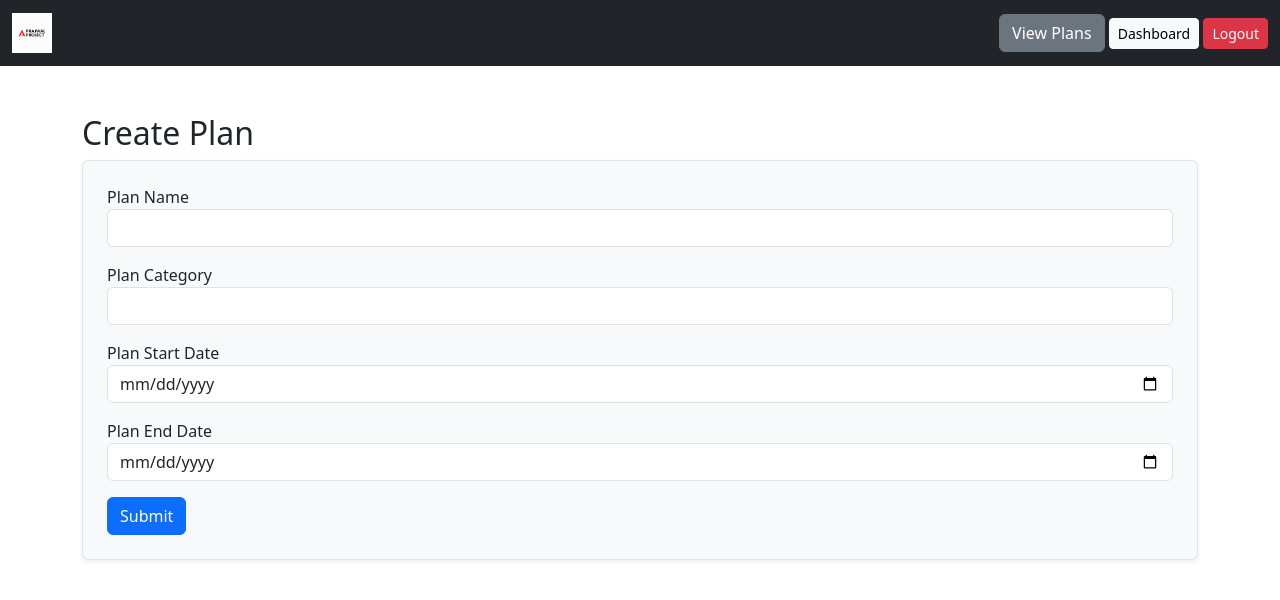
Repository: PRAJWALSINKAR/Spring_boot_Major_Projects
Page: http://localhost/create-plan
These files come from the project's save history. The page is drawn as it stood at one moment and after the next save; the edit follows.
The browser window is 1280 px wide. The pictures show the whole page.
The page is this project's Thymeleaf template; nobody is signed in. The template is opened directly, without the code that normally fills it, so the values that code supplies are empty.

Above is the page before, as saved 2025-08-06 18:37:36.

### IES-Integrated_Eligibility_system/src/main/resources/templates/create-plan.html
<!DOCTYPE html>
<html xmlns:th="http://www.thymeleaf.org">
<head>
    <title>Create Plan</title>
    <link rel="stylesheet" href="https://cdn.jsdelivr.net/npm/bootstrap@5.3.2/dist/css/bootstrap.min.css">
</head>
<body>
<nav class="navbar navbar-expand-lg navbar-dark bg-dark">
    <div class="container-fluid">
        <a class="navbar-brand" href="#">
            <img th:src="@{/images/myName-Logo.png}" alt="Logo" width="40" height="40"/>
        </a>
        <div class="ms-auto">
            <a href="/plan/view" class="btn btn-secondary">View Plans</a>
             <a href="/dashboard" class="btn btn-light btn-sm">Dashboard</a>
            <a href="/logout" class="btn btn-danger btn-sm">Logout</a>
        </div>
    </div>
</nav>

<div class="container mt-5">
    <h2>Create Plan</h2>

    <div th:if="${succMsg}" class="alert alert-success" th:text="${succMsg}"></div>
    <div th:if="${errMsg}" class="alert alert-danger" th:text="${errMsg}"></div>

    <form th:action="@{/plan/save}" method="post" th:object="${plan}" class="border p-4 rounded shadow-sm bg-light">
        <div class="mb-3">
            <label>Plan Name</label>
            <input type="text" th:field="*{planName}" class="form-control" required>
        </div>

        <div class="mb-3">
            <label>Plan Category</label>
            <input type="text" th:field="*{planCategory}" class="form-control" required>
        </div>

        <div class="mb-3">
            <label>Plan Start Date</label>
            <input type="date" th:field="*{planStartDate}" class="form-control" required>
        </div>

        <div class="mb-3">
            <label>Plan End Date</label>
            <input type="date" th:field="*{planEndDate}" class="form-control" required>
        </div>

        <button type="submit" class="btn btn-primary">Submit</button>
    </form>
</div>
</body>
</html>

After the next save:
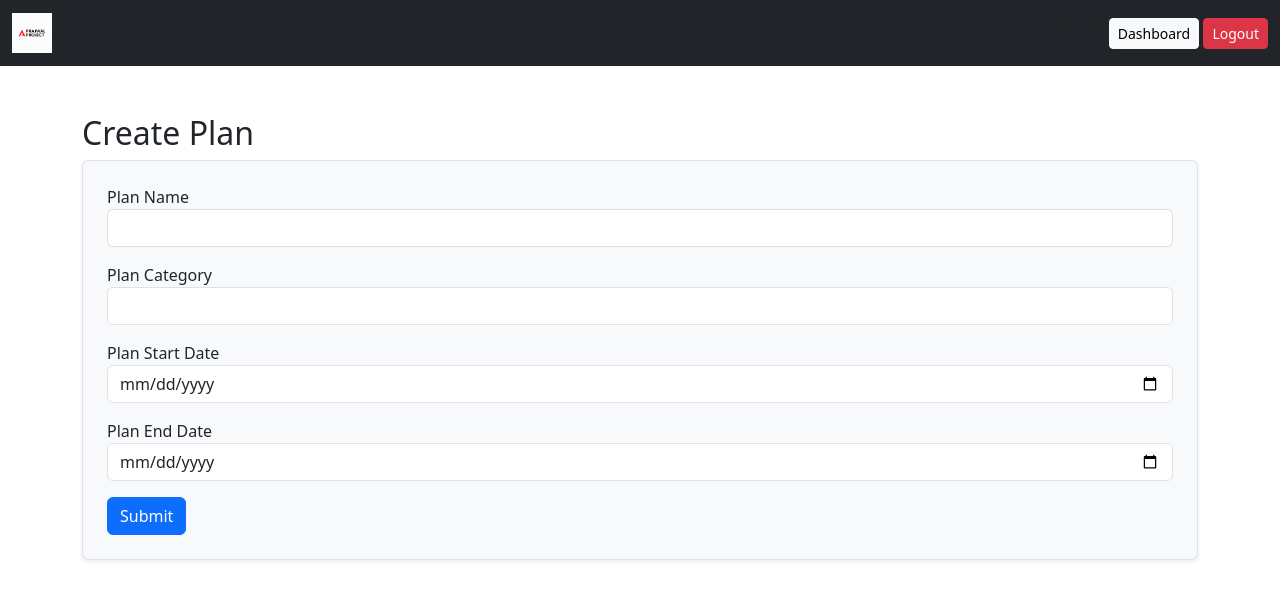
Saved 54 s later.
--- a/IES-Integrated_Eligibility_system/src/main/resources/templates/create-plan.html
+++ b/IES-Integrated_Eligibility_system/src/main/resources/templates/create-plan.html
@@ -11,7 +11,7 @@
             <img th:src="@{/images/myName-Logo.png}" alt="Logo" width="40" height="40"/>
         </a>
         <div class="ms-auto">
-            <a href="/plan/view" class="btn btn-secondary">View Plans</a>
+            <a href="/plan/view" class="btn btn-Light btn">View Plans</a>
              <a href="/dashboard" class="btn btn-light btn-sm">Dashboard</a>
             <a href="/logout" class="btn btn-danger btn-sm">Logout</a>
         </div>
